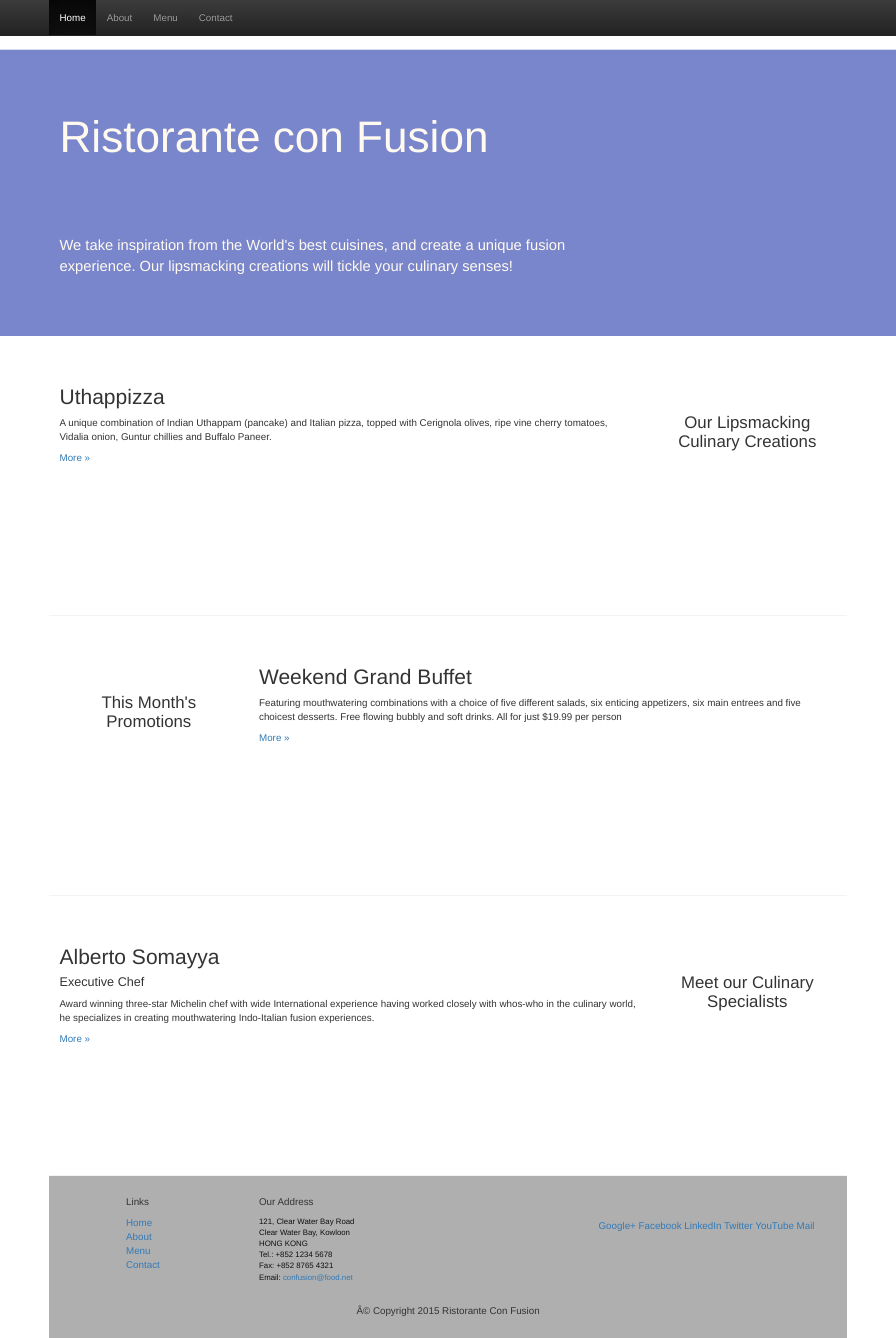
Repository: tagus24/Coursera
Page: Coursera/FullStackDeveloper/conFusion/src/main/webapp/index.html
These files come from the project's save history. The page is drawn as it stood at one moment and after the next save; the edit follows.
The browser window is 1280 px wide. The pictures show the whole page, at 70% of full size.
Some web libraries are served in a nearby version.

Above is the page before, as saved 2016-02-06 13:56:01.

### Coursera/FullStackDeveloper/conFusion/src/main/webapp/index.html
<!DOCTYPE html>
<html lang="en">

<head>
	<meta charset="utf-8">
    <meta http-equiv="X-UA-Compatible" content="IE=edge">
    <meta name="viewport" content="width=device-width, initial-scale=1">
    <!-- The above 3 meta tags *must* come first in the head; any other head
         content must come *after* these tags -->

    <title>Ristorante Con Fusion</title>

        <!-- Bootstrap -->
    <link href="css/bootstrap.min.css" rel="stylesheet">
    <link href="css/bootstrap-theme.min.css" rel="stylesheet">
	<link href="css/mystyles.css" rel="stylesheet">

    <!-- HTML5 shim and Respond.js for IE8 support of HTML5 elements and media queries -->
    <!-- WARNING: Respond.js doesn't work if you view the page via file:// -->
    <!--[if lt IE 9]>
      <script src="https://oss.maxcdn.com/html5shiv/3.7.2/html5shiv.min.js"></script>
      <script src="https://oss.maxcdn.com/respond/1.4.2/respond.min.js"></script>
    <![endif]-->

</head>

<body>

	<nav class="navbar navbar-inverse navbar-static-top" role="navigation">
          <div class="container">
              <ul class="nav navbar-nav">
                  <li class="active"><a href="#">Home</a></li>
                  <li><a href="#">About</a></li>
                  <li><a href="#">Menu</a></li>
                  <li><a href="#">Contact</a></li>
              </ul>
          </div>
      </nav>

    <header class="jumbotron">

        <!-- Main component for a primary marketing message or call to action -->

        <div class="container">
            <div class="row row-header">
                <div class="col-xs-12 col-sm-8">
                    <h1>Ristorante con Fusion</h1>
                    <p style="padding:40px;"></p>
                    <p>We take inspiration from the World's best cuisines, and create a unique fusion experience. Our lipsmacking creations will tickle your culinary senses!</p>
                </div>
                <div class="col-xs-12 col-sm-4">
                </div>
            </div>
        </div>
    </header>

    <div class="container">
        <div class="row row-content">
            <div class="col-xs-12 col-sm-3 col-sm-push-9">
                <p style="padding:20px;"></p>
                <h3 align=center>Our Lipsmacking Culinary Creations</h3>
            </div>
            <div class="col-xs-12 col-sm-9 col-sm-pull-3">
                <h2>Uthappizza</h2>
                <p>A unique combination of Indian Uthappam (pancake) and Italian pizza, topped with Cerignola olives, ripe vine cherry tomatoes, Vidalia onion, Guntur chillies and Buffalo Paneer.</p>
                <p><a  href="#">More &raquo;</a></p>
            </div>
        </div>


        <div class="row row-content">
            <div class="col-xs-12 col-sm-3">
                <p style="padding:20px;"></p>
                <h3 align=center>This Month's Promotions</h3>
            </div>
            <div class="col-xs-12 col-sm-9">
                <h2>Weekend Grand Buffet</h2>
                <p>Featuring mouthwatering combinations with a choice of five different salads, six enticing appetizers, six main entrees and five choicest desserts. Free flowing bubbly and soft drinks. All for just $19.99 per person </p>
                <p><a href="#">More &raquo;</a></p>
            </div>
        </div>

        <div class="row row-content">
            <div class="col-xs-12 col-sm-3 col-sm-push-9">
                <p style="padding:20px;"></p>
                <h3 align=center>Meet our Culinary Specialists</h3>
            </div>
            <div class="col-xs-12 col-sm-9 col-sm-pull-3">
                <h2>Alberto Somayya</h2>
                <h4>Executive Chef</h4>
                <p>Award winning three-star Michelin chef with wide International experience having worked closely with whos-who in the culinary world, he specializes in creating mouthwatering Indo-Italian fusion experiences. </p>
                <p><a href="#">More &raquo;</a></p>
            </div>
        </div>
    </div>

    <footer>
        <div class="container">
            <div class="row row-footer">
                <div class="col-xs-5 col-xs-offset-1 col-sm-2 col-sm-offset-1">
                    <h5>Links</h5>
                    <ul class="list-unstyled">
                        <li><a href="#">Home</a></li>
                        <li><a href="#">About</a></li>
                        <li><a href="#">Menu</a></li>
                        <li><a href="#">Contact</a></li>
                    </ul>
                </div>
                <div class="col-xs-6 col-sm-5">
                    <h5>Our Address</h5>
                    <address>
		              121, Clear Water Bay Road<br>
		              Clear Water Bay, Kowloon<br>
		              HONG KONG<br>
		              Tel.: +852 1234 5678<br>
		              Fax: +852 8765 4321<br>
		              Email: <a href="mailto:confusion@food.net">confusion@food.net</a>
		           </address>
                </div>
                <div class="col-xs-12 col-sm-4">
                    <div style="padding: 40px 10px;">
                        <a href="http://google.com/+">Google+</a>
                        <a href="http://www.facebook.com/profile.php?id=">Facebook</a>
                        <a href="http://www.linkedin.com/in/">LinkedIn</a>
                        <a href="http://twitter.com/">Twitter</a>
                        <a href="http://youtube.com/">YouTube</a>
                        <a href="mailto:">Mail</a>
                    </div>
                </div>
                <div class="col-xs-12">
                    <p style="padding:10px;"></p>
                    <p align=center>Â© Copyright 2015 Ristorante Con Fusion</p>
                </div>
            </div>
        </div>
    </footer>

     <!-- jQuery (necessary for Bootstrap's JavaScript plugins) -->
    <script src="https://ajax.googleapis.com/ajax/libs/jquery/1.11.3/jquery.min.js"></script>
    <!-- Include all compiled plugins (below), or include individual files as needed -->
    <script src="js/bootstrap.min.js"></script>

</body>

</html>

### Coursera/FullStackDeveloper/conFusion/src/main/webapp/css/mystyles.css
.row-header{
    margin:0px auto;
    padding:0px auto;
}

.row-content {
    margin:0px auto;
    padding: 50px 0px 50px 0px;
    border-bottom: 1px ridge;
    min-height:400px;
}

.row-footer{
    background-color: #AfAfAf;
    margin:0px auto;
    padding: 20px 0px 20px 0px;
}

.jumbotron {
    padding:70px 30px 70px 30px;
    margin:0px auto;
    background: #7986CB ;
    color:floralwhite;
}

address{
    font-size:80%;
    margin:0px;
    color:#0f0f0f;
}

Loaded but not shown: Coursera/FullStackDeveloper/conFusion/src/main/webapp/css/bootstrap.min.css (library); Coursera/FullStackDeveloper/conFusion/src/main/webapp/css/bootstrap-theme.min.css (library); Coursera/FullStackDeveloper/conFusion/src/main/webapp/js/bootstrap.min.js (library)

After the next save:
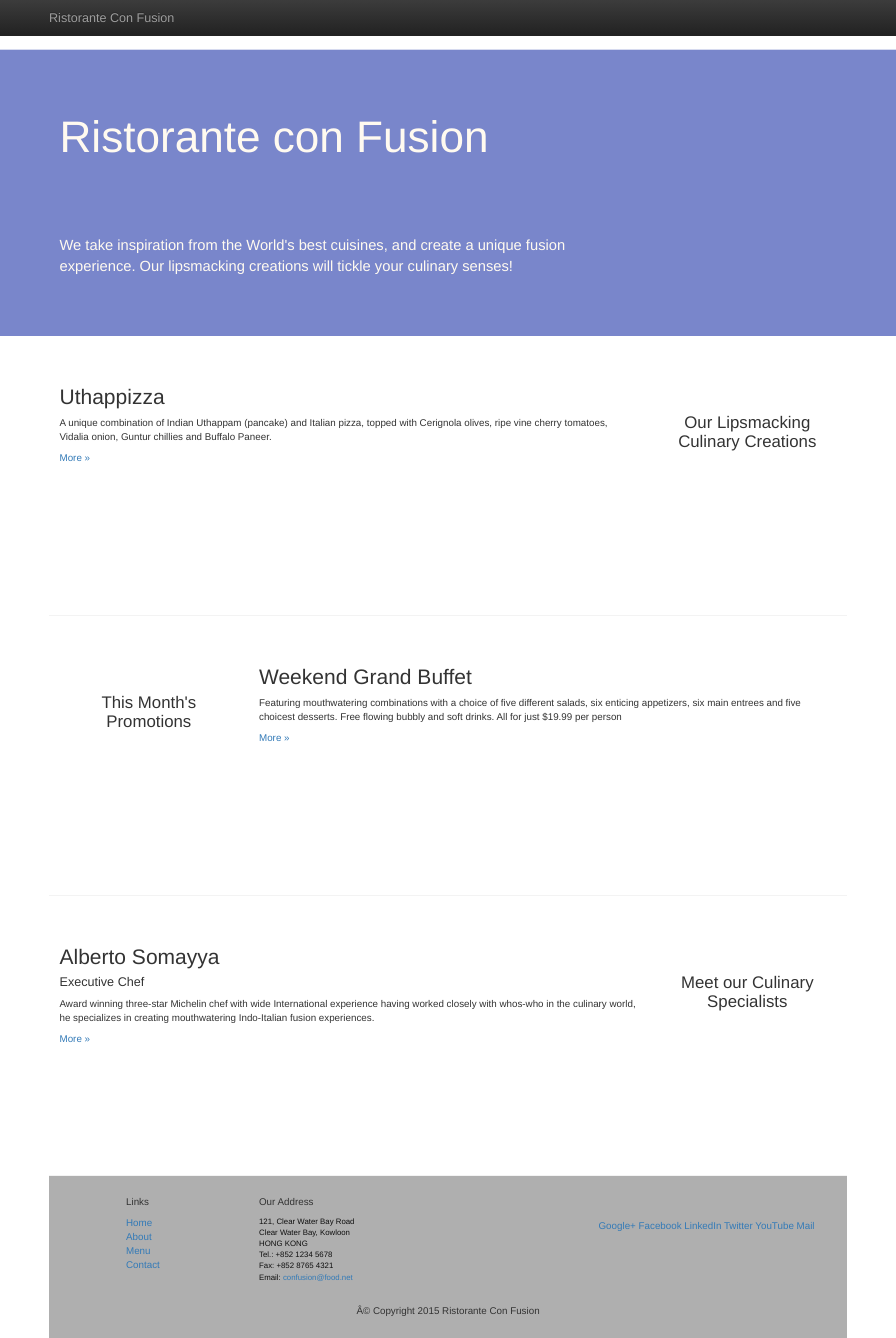
Saved 4 min 18 s later.
--- a/Coursera/FullStackDeveloper/conFusion/src/main/webapp/index.html
+++ b/Coursera/FullStackDeveloper/conFusion/src/main/webapp/index.html
@@ -28,12 +28,15 @@
 
 	<nav class="navbar navbar-inverse navbar-static-top" role="navigation">
           <div class="container">
-              <ul class="nav navbar-nav">
-                  <li class="active"><a href="#">Home</a></li>
-                  <li><a href="#">About</a></li>
-                  <li><a href="#">Menu</a></li>
-                  <li><a href="#">Contact</a></li>
-              </ul>
+             <div class="navbar-header">
+                    <button type="button" class="navbar-toggle collapsed" data-toggle="collapse" data-target="#navbar" aria-expanded="false" aria-controls="navbar">
+                        <span class="sr-only">Toggle navigation</span>
+                        <span class="icon-bar"></span>
+                        <span class="icon-bar"></span>
+                        <span class="icon-bar"></span>
+                    </button>
+                    <a class="navbar-brand" href="#">Ristorante Con Fusion</a>
+                </div>
           </div>
       </nav>
 
